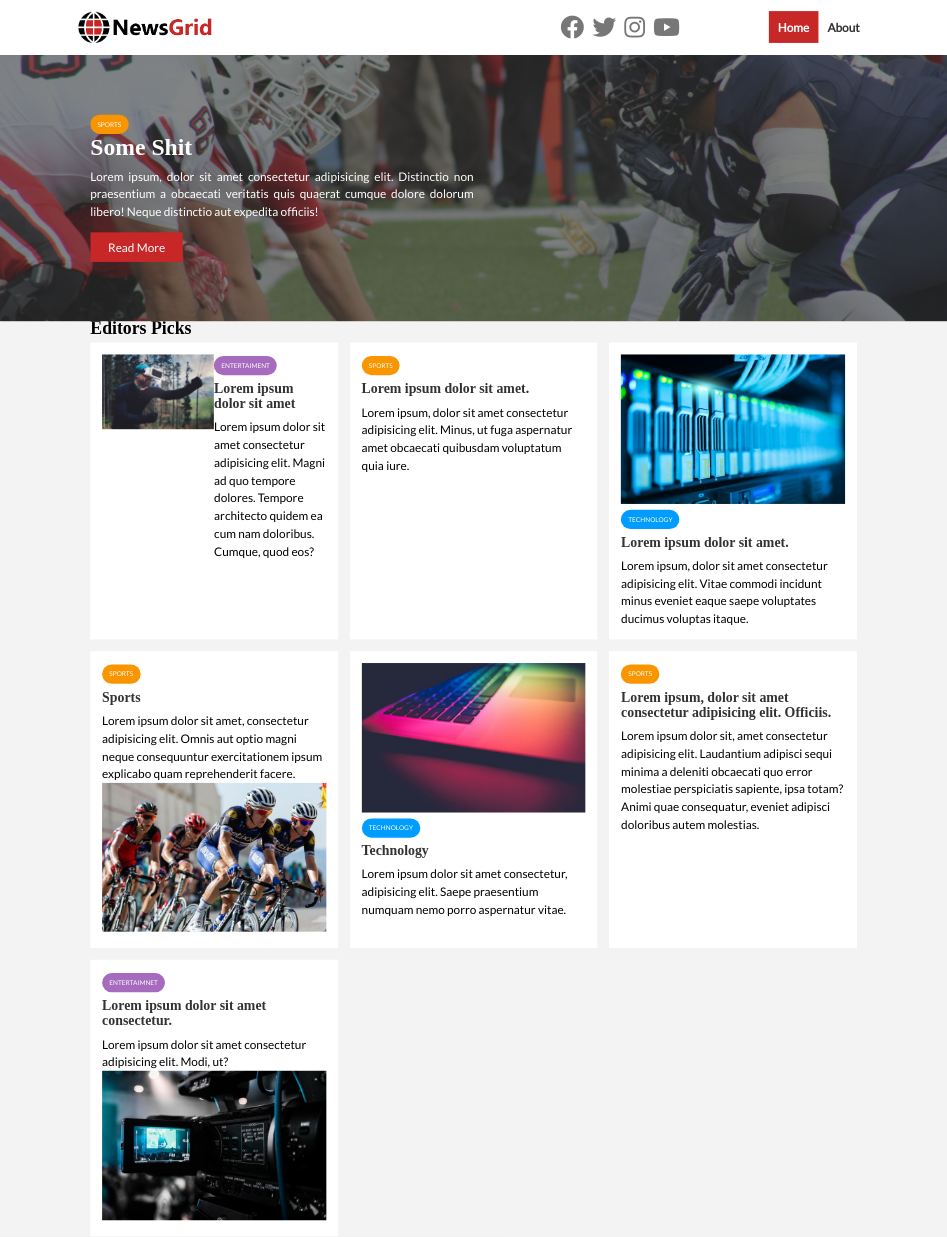
Repository: EswinGiova/NewsGrid
Page: index.html
The author's editor kept a copy of each file at every save. The page is drawn from the files as they stood at one save, then again after the next save.
The browser window is 1280 px wide. The pictures show the whole page, at 74% of full size.
Some web libraries are served in a nearby version.

Above is the page before, as saved 2020-09-19 21:08:56.

After the next save:
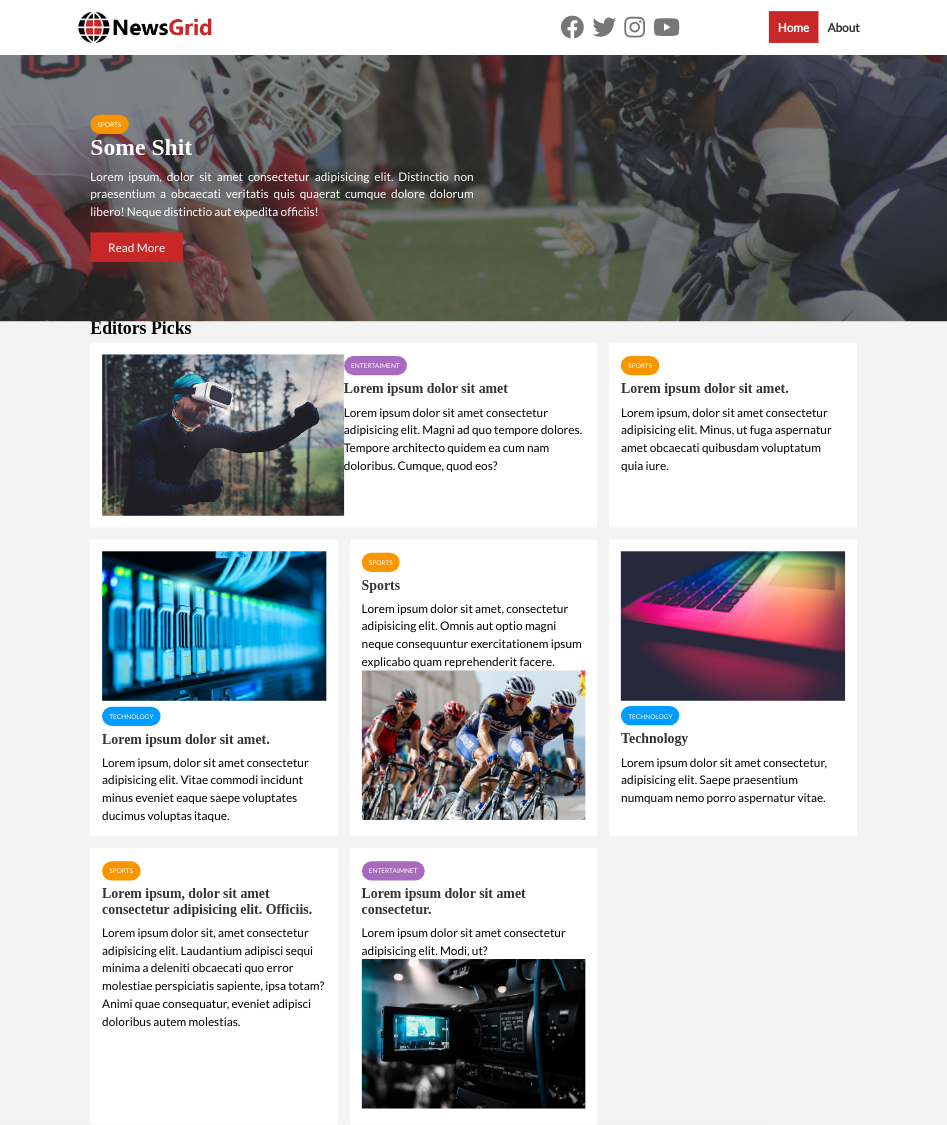
Saved 24 s later.
--- a/css/style.css
+++ b/css/style.css
@@ -202,4 +202,5 @@ h6 {
 #home-articles .articles-container > *:first-child {
   display: grid;
   grid-template-columns: repeat(2, 1fr);
-}
+  grid-column: 1 / span 2;
+}
